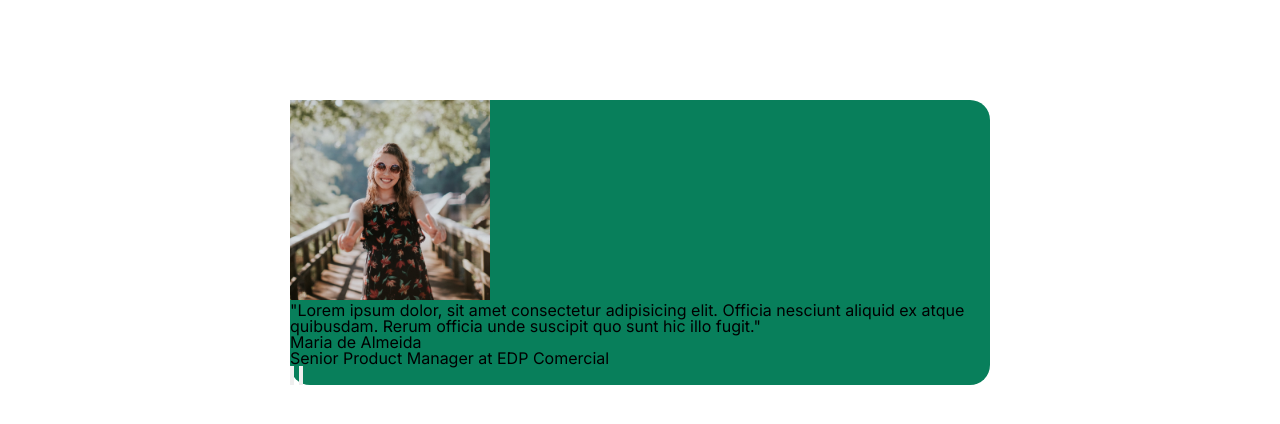
Repository: Ahmed123rezk123/06-Components
Page: carousel.html
The author's editor kept a copy of each file at every save. The page is drawn from the files as they stood at one save, then again after the next save.
The browser window is 1280 px wide. The pictures show the whole page.

Above is the page before, as saved 2024-09-16 08:37:12.

### carousel.html
<!DOCTYPE html>
<html lang="en">
  <head>
    <meta charset="UTF-8" />
    <meta name="viewport" content="width=device-width, initial-scale=1.0" />
    <link rel="preconnect" href="https://fonts.gstatic.com" />
    <link
      href="https://fonts.googleapis.com/css2?family=Inter:wght@400;500;700&display=swap"
      rel="stylesheet"
    />
    <style>
      * {
        margin: 0;
        padding: 0;
        box-sizing: border-box;
      }

      body {
        font-family: "Inter", sans-serif;
        /* color: #343a40;
        background-color: #f8f9fa; */
        line-height: 1;
      }
      .carousel {
        width: 700px;
        margin: 100px auto;
        background-color: #087f5b;
        border-radius: 20px;
      }

      img {
        height: 200px;
      }
    </style>
    <title>Carousel</title>
  </head>
  <body>
    <div class="carousel">
      <img src="maria.jpg" alt="" />
      <blockquote class="testmonial">
        <p class="testmonial-text">
          "Lorem ipsum dolor, sit amet consectetur adipisicing elit. Officia
          nesciunt aliquid ex atque quibusdam. Rerum officia unde suscipit quo
          sunt hic illo fugit."
        </p>
        <p class="testmonial-auther">Maria de Almeida</p>
        <p class="testmonial-job">Senior Product Manager at EDP Comercial</p>
      </blockquote>

      <button class="btn">
        <svg
          xmlns="http://www.w3.org/2000/svg"
          fill="none"
          viewBox="0 0 24 24"
          stroke-width="1.5"
          stroke="currentColor"
          class="btn-icon"
        >
          <path
            stroke-linecap="round"
            stroke-linejoin="round"
            d="m8.25 4.5 7.5 7.5-7.5 7.5"
          />
        </svg>
      </button>
      <button class="btn">
        <svg
          xmlns="http://www.w3.org/2000/svg"
          fill="none"
          viewBox="0 0 24 24"
          stroke-width="1.5"
          stroke="currentColor"
          class="btn-icon"
        >
          <path
            stroke-linecap="round"
            stroke-linejoin="round"
            d="M15.75 19.5 8.25 12l7.5-7.5"
          />
        </svg>
      </button>
    </div>
  </body>
</html>

After the next save:
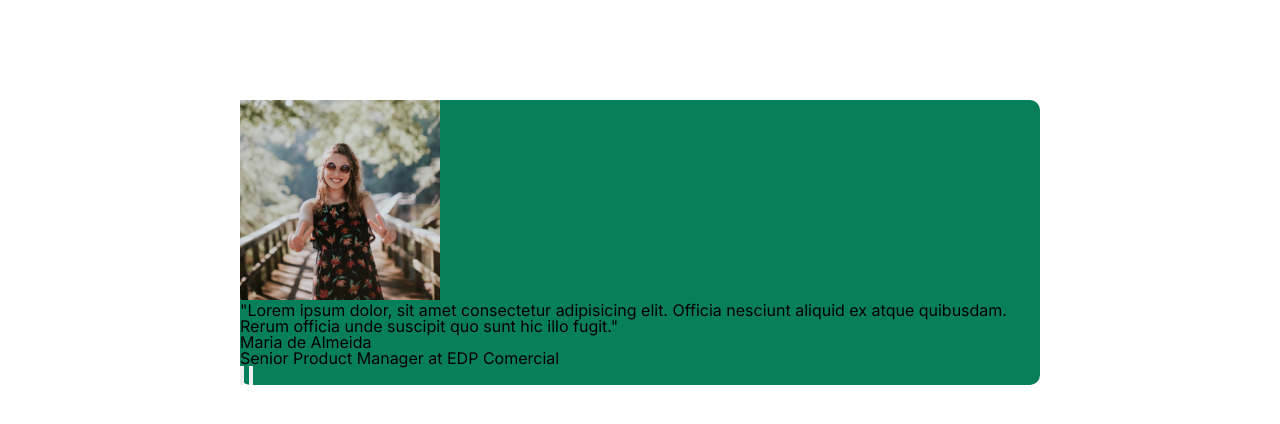
Saved 11 s later.
--- a/carousel.html
+++ b/carousel.html
@@ -22,10 +22,10 @@
         line-height: 1;
       }
       .carousel {
-        width: 700px;
+        width: 800px;
         margin: 100px auto;
         background-color: #087f5b;
-        border-radius: 20px;
+        border-radius: 10px;
       }
 
       img {
